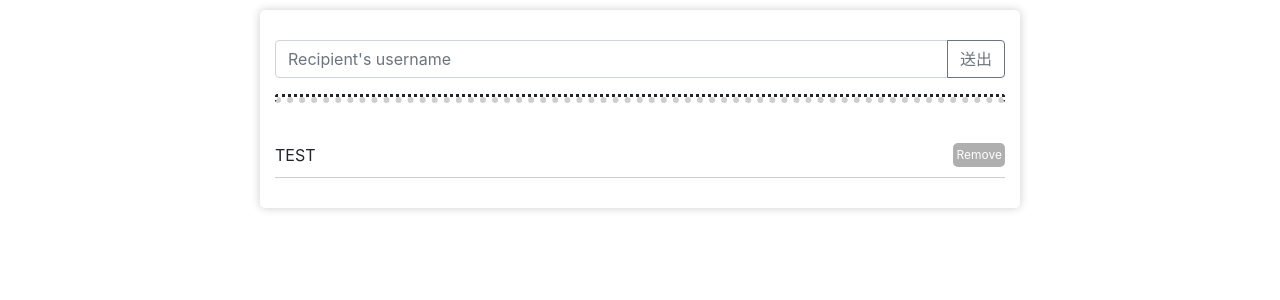
Repository: iian0910/vue3_todoList
Page: /
These files come from the project's save history. The page is drawn as it stood at one moment and after the next save; the edit follows.
The browser window is 1280 px wide. The pictures show the whole page.
The project was rebuilt for these pictures with package versions that can differ from the ones it lists, and the page was loaded fresh each time.

Above is the page before, as saved 2021-02-23 16:18:24.

### src/App.vue
<template>
  <TodoList/>
</template>

<script lang="ts">
import { defineComponent } from 'vue'
import TodoList from './components/TodoList.vue'

export default defineComponent({
  name: 'App',
  components: {
    TodoList
  }
})
</script>

<style lang="scss">
@import './assets/scss/all';
</style>

### src/assets/scss/all.scss
@import '~bootstrap/scss/bootstrap.scss';
@import './helpers/variables';

### src/components/TodoList.vue
<template>
  <div class="container">
    <div class="row">
      <div class="col-8 offset-2 content">
        <!-- input 輸入框 -->
        <div class="input-group mb-3">
          <input
            type="text"
            class="form-control"
            placeholder="Recipient's username"
            v-model="newTodo">
          <div class="input-group-append">
            <button
              class="btn btn-outline-secondary"
              type="button"
              @click="addTodo">送出</button>
          </div>
        </div>
        <!---->

        <div class="segmentation"></div>

        <!-- List 展示 -->
        <ul class="list">
          <li class="list-item d-flex justify-content-between align-items-center" v-for="(todo, index) in todoList" :key="index">
            <label class="list-item-title m-0 p-0">{{todo.title}}</label>
            <div class="remove-list">Remove</div>
          </li>
        </ul>
        <!---->
      </div>
    </div>
  </div>
</template>
<script lang="ts">
import { defineComponent, reactive, ref } from 'vue'

interface Todo {
  // eslint-disable-next-line @typescript-eslint/member-delimiter-style
  id: string
  // eslint-disable-next-line @typescript-eslint/member-delimiter-style
  title: string
}

export default defineComponent({
  name: 'TodoList',
  setup () {
    // ref:
    // 可以接受「任何型態」的資料
    // 但是不會對「物件」或「陣列」內部的屬性變動做監聽

    // reactive
    // 「只接受」物件或陣列，可以做深層的監聽
    // 以及取得資料不需要 「.value」
    const newTodo = ref('')
    const todoList = reactive([{
      id: '001',
      title: 'TEST'
    }])

    // methods
    function addTodo () {
      if (newTodo.value) {
        todoList.push({
          id: Math.floor(Date.now()).toString(),
          title: newTodo.value
        })
        newTodo.value = ''
      }
    }

    // return
    return {
      todoList,
      newTodo,
      addTodo
    }
  }
})
</script>

<style lang="scss">
.content{
  padding: 30px;
  margin: 10px auto;
  border-radius: 5px;
  box-shadow: 0px 0px 10px 0px rgba(0, 0, 0, 0.2);
}
.segmentation{
  margin-bottom: 30px;
  border-bottom: 6px solid rgb(206, 206, 206);
  border-style: dotted;
  border-radius: 3px;
}
.list{
  padding: 0;
  margin: 0;
  list-style: none;
}
.list-item{
  padding: 10px 0;
  margin-bottom: 0;
  border-bottom: 1px solid rgb(206, 206, 206);
}
.remove-list{
  padding: 3px;
  border-radius: 5px;
  background-color: rgb(175, 175, 175);
  font-size: 12px;
  color: white;
  cursor: pointer;
  &:hover{
    background-color: rgb(250, 75, 113);
  }
}
</style>

Loaded but not shown: public/index.html (common file); src/main.ts (common file); src/assets/scss/helpers/_variables.scss (1146 lines, source omitted)

After the next save:
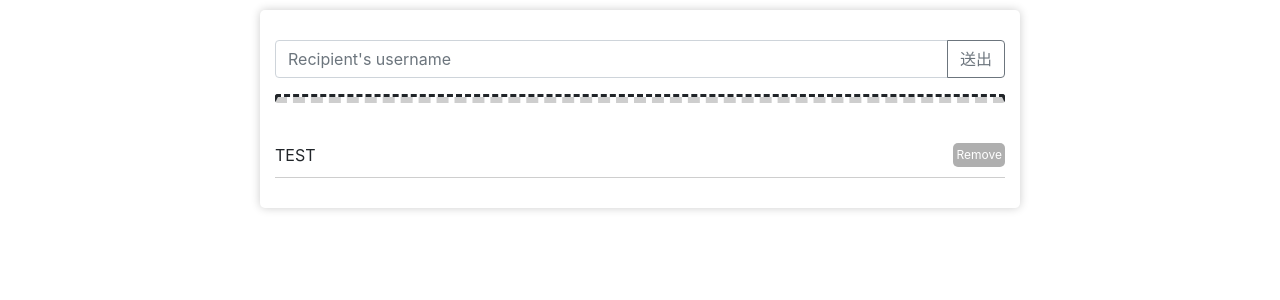
Saved 26 s later.
--- a/src/components/TodoList.vue
+++ b/src/components/TodoList.vue
@@ -89,7 +89,7 @@ export default defineComponent({
 .segmentation{
   margin-bottom: 30px;
   border-bottom: 6px solid rgb(206, 206, 206);
-  border-style: dotted;
+  border-style: dashed;
   border-radius: 3px;
 }
 .list{
